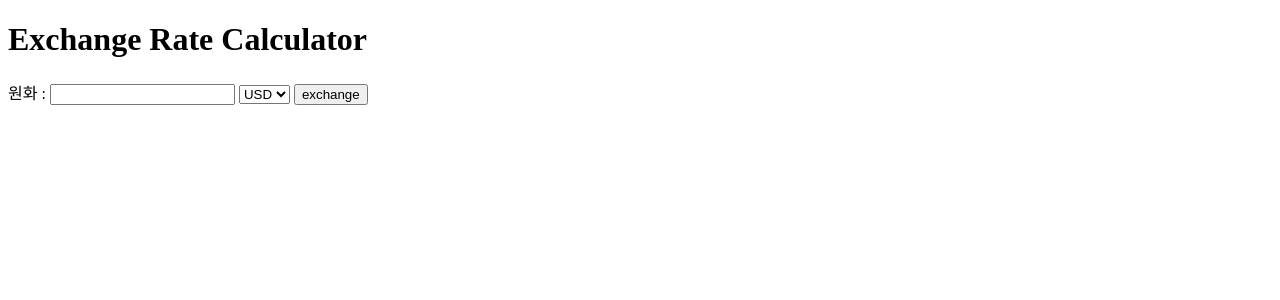
Repository: wonsy1006/servlet
Page: servlet01/src/main/webapp/rate.html
The author's editor kept a copy of each file at every save. The page is drawn from the files as they stood at one save, then again after the next save.
The browser window is 1280 px wide. The pictures show the whole page.

Above is the page before, as saved 2022-09-22 07:39:48.

### servlet01/src/main/webapp/rate.html
<!DOCTYPE html>
<html>
  <head>
    <meta charset="UTF-8" />
    <title>Exchange Rate Calculator</title>
  </head>
  <body>
    <h1>Exchange Rate Calculator</h1>
    <form action="rate" name="formCalc" method="get">
      원화 : <input type="text" name="won" />
      <select name="operator">
        <option value="dollar">USD</option>
        <option value="yen">JPY</option>
        <option value="wian">CNY</option>
        <option value="pound">GBP</option>
        <option value="euro">EUR</option>
      </select>
      <input type="hidden" name="command" value="calculate" />
      <input type="submit" value="exchange" />
    </form>
  </body>
</html>

After the next save:
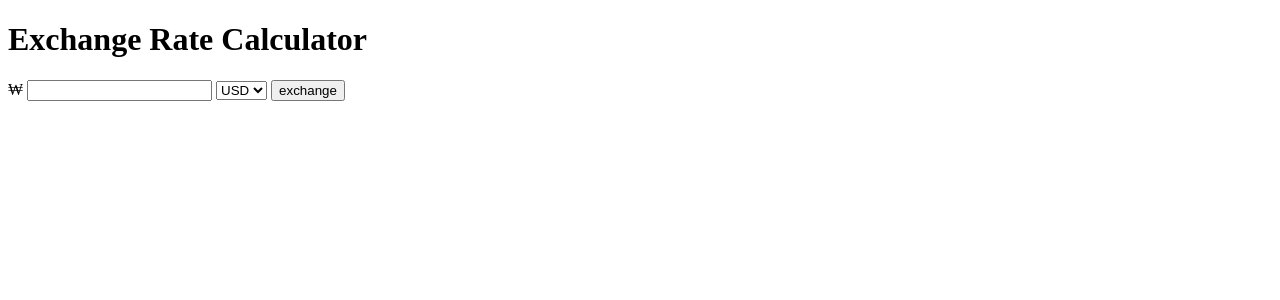
Saved 4 min 19 s later.
--- a/servlet01/src/main/webapp/rate.html
+++ b/servlet01/src/main/webapp/rate.html
@@ -7,7 +7,7 @@
   <body>
     <h1>Exchange Rate Calculator</h1>
     <form action="rate" name="formCalc" method="get">
-      원화 : <input type="text" name="won" />
+      ₩ <input type="text" name="won" />
       <select name="operator">
         <option value="dollar">USD</option>
         <option value="yen">JPY</option>
